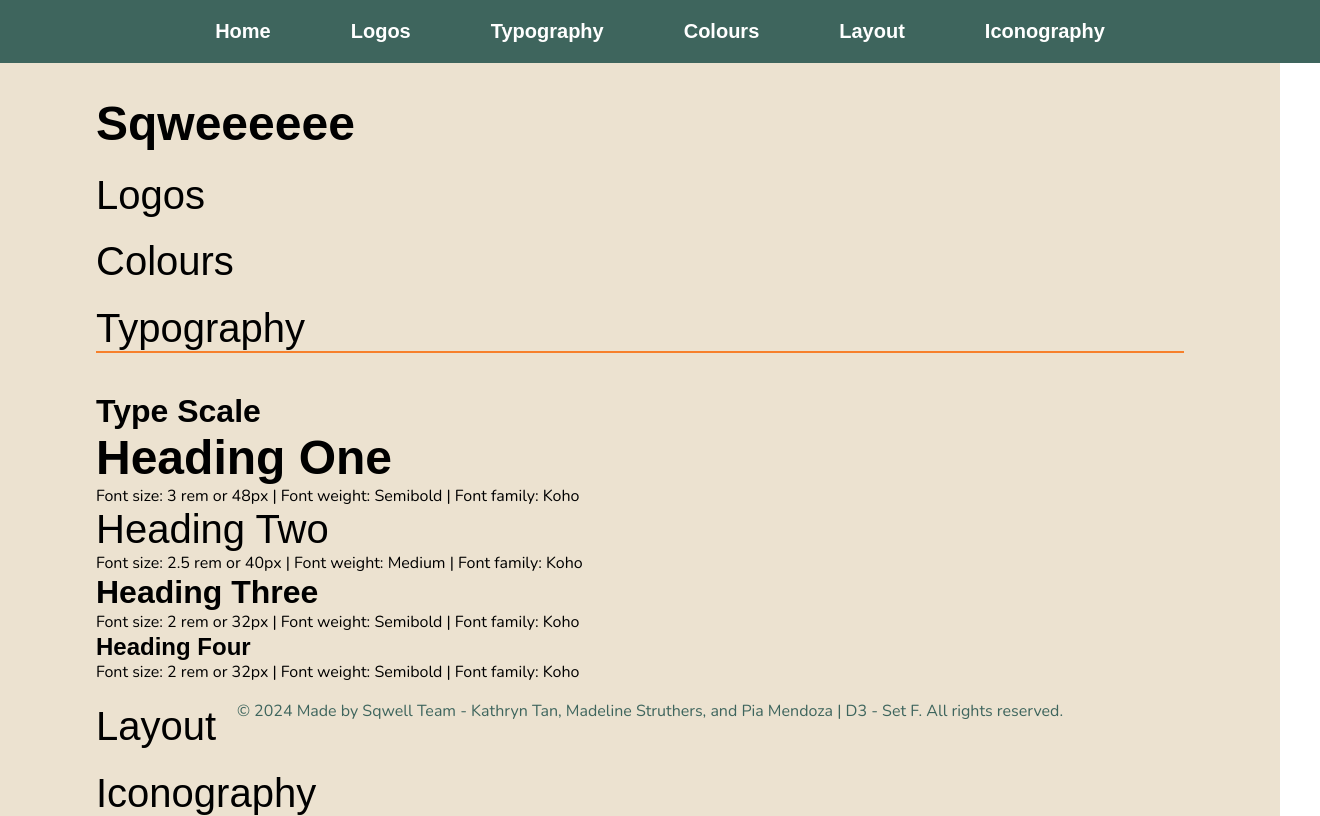
Repository: lpcmendoza/sqwell_styleguide
Page: /
An editor plug-in stored every save of this project. The page is shown before and after the next save, followed by the edit.
The browser window is 1280 px wide. The page is 1320 px wide, so the pictures cover 1320 px, including what lies to the right of the window. The pictures show the whole page.
Some web fonts or font styles are not loaded; a fallback is used. The project was rebuilt for these pictures with package versions that can differ from the ones it lists, and the page was loaded fresh each time. The framework's server and built-in components were replaced by stand-ins that run in the browser. Also part of the build but not shown: next.config.mjs.

Above is the page before, as saved 2024-04-07 18:03:40.

After the next save:
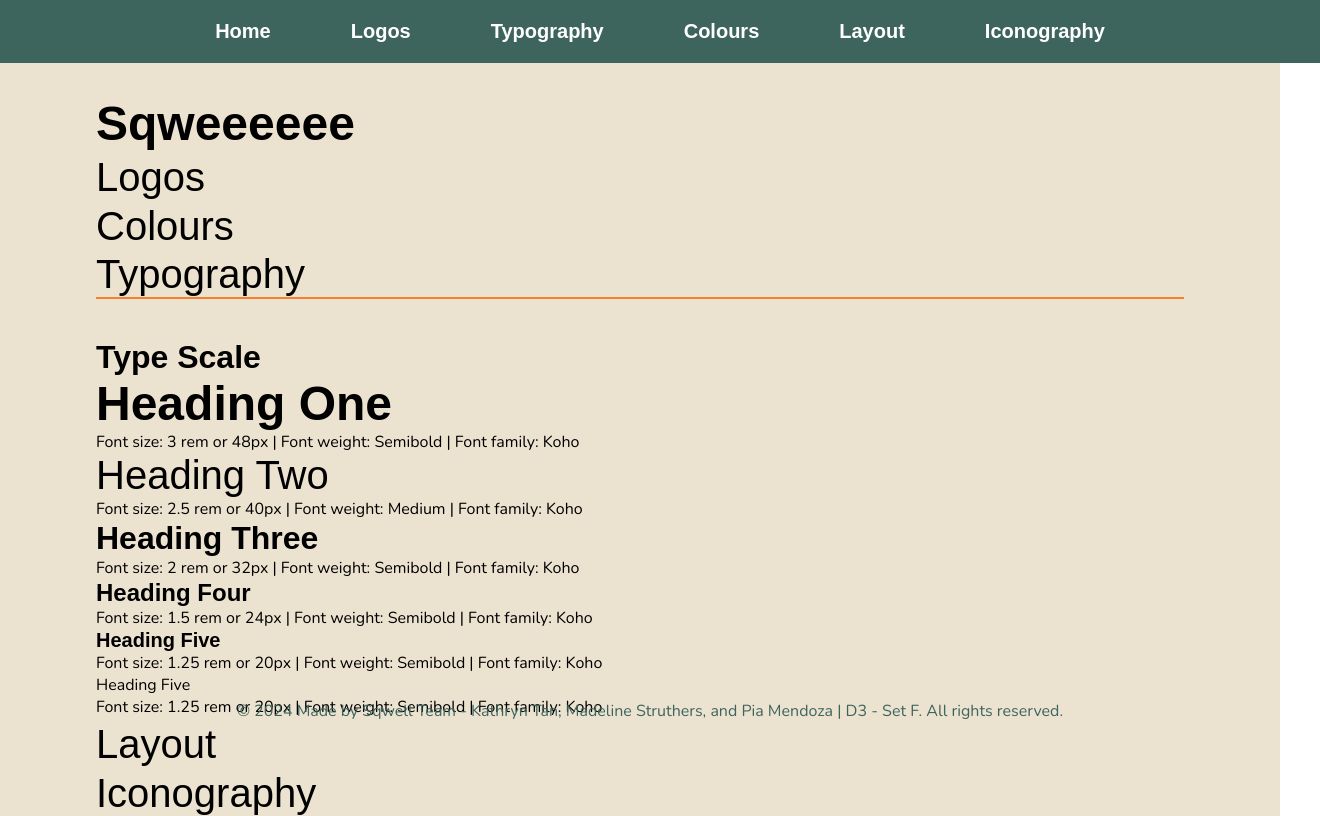
Saved 63 s later.
--- a/components/Typography/index.js
+++ b/components/Typography/index.js
@@ -17,7 +17,13 @@
                 <h3>Heading Three</h3> <p>Font size: 2 rem or 32px   |   Font weight: Semibold   |   Font family: Koho</p>
                 </li>
                 <li>
-                <h4>Heading Four</h4> <p>Font size: 2 rem or 32px   |   Font weight: Semibold   |   Font family: Koho</p>
+                <h4>Heading Four</h4> <p>Font size: 1.5 rem or 24px   |   Font weight: Semibold   |   Font family: Koho</p>
+                </li>
+                <li>
+                <h5>Heading Five</h5> <p>Font size: 1.25 rem or 20px   |   Font weight: Semibold   |   Font family: Koho</p>
+                </li>
+                <li>
+                <p>Heading Five</p> <p>Font size: 1.25 rem or 20px   |   Font weight: Semibold   |   Font family: Koho</p>
                 </li>
 
             </ul>
